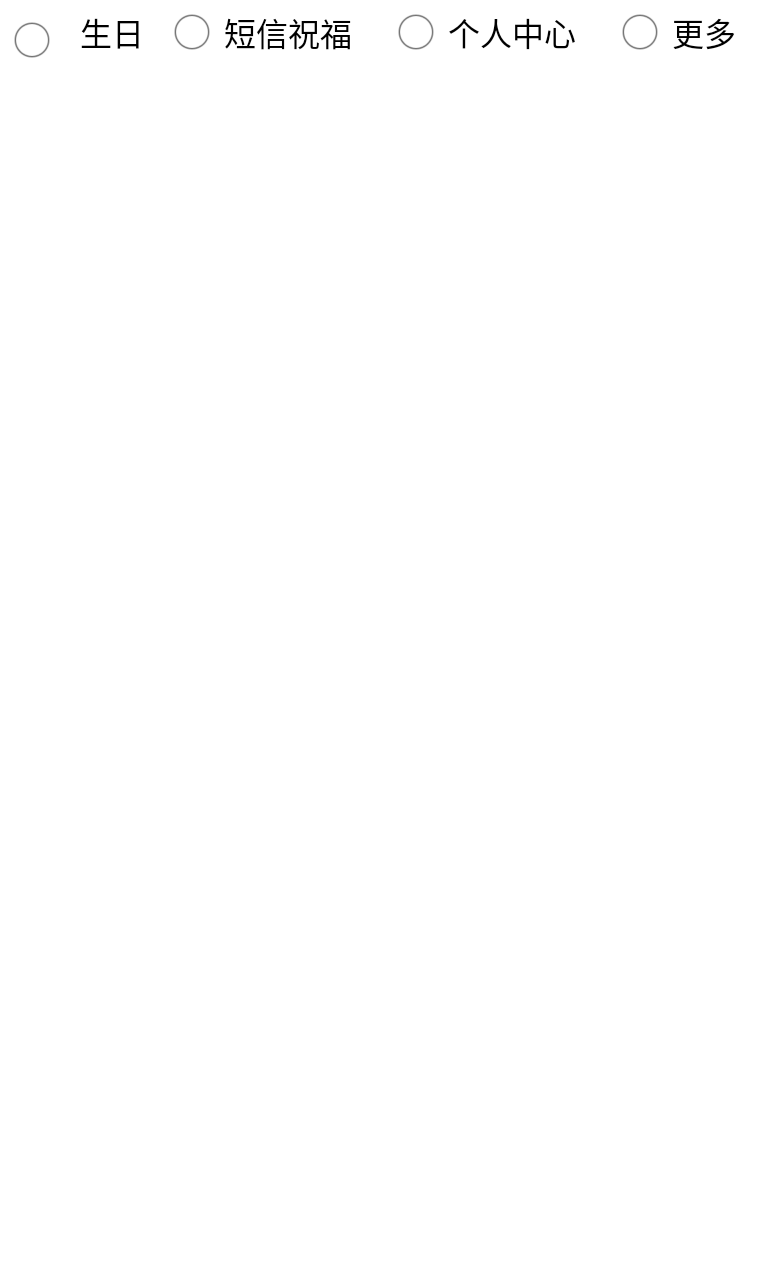
Repository: stone-jin/birthday
Layout: 1/res/layout/mainactivity_tabs.xml
The author's editor kept a copy of each file at every save. The layout is drawn from the files as they stood at one save, then again after the next save.
It is drawn on a 768 x 1280 px phone screen (xhdpi) without system bars, with theme AppTheme; the app's code is not run.

Above is the layout before, as saved 2014-04-22 15:06:59.

### 1/res/layout/mainactivity_tabs.xml
<?xml version="1.0" encoding="utf-8"?>
<LinearLayout xmlns:android="http://schemas.android.com/apk/res/android"
    android:layout_width="match_parent"
    android:layout_height="wrap_content"
    android:orientation="horizontal"
    >

    <RadioGroup
        android:layout_width="fill_parent"
        android:layout_height="wrap_content"
        android:orientation="horizontal"
        >

        <RadioButton
            android:layout_width="wrap_content"
            android:layout_height="wrap_content"
            android:layout_weight="1"
            android:gravity="center_horizontal"
            android:text="生日"
            />

        <RadioButton
            android:layout_width="wrap_content"
            android:layout_height="wrap_content"
            android:layout_weight="1"
            android:text="短信祝福"
            />

        <RadioButton
            android:layout_width="wrap_content"
            android:layout_height="wrap_content"
            android:layout_weight="1"
            android:text="个人中心"
            />

        <RadioButton
            android:layout_width="wrap_content"
            android:layout_height="wrap_content"
            android:layout_weight="1"
            android:text="更多"
            />

    </RadioGroup>

</LinearLayout>

Loaded but not shown: 1/res/values/styles.xml (common file); 1/res/values-v11/styles.xml (common file); 1/res/values-v14/styles.xml (common file)

After the next save:
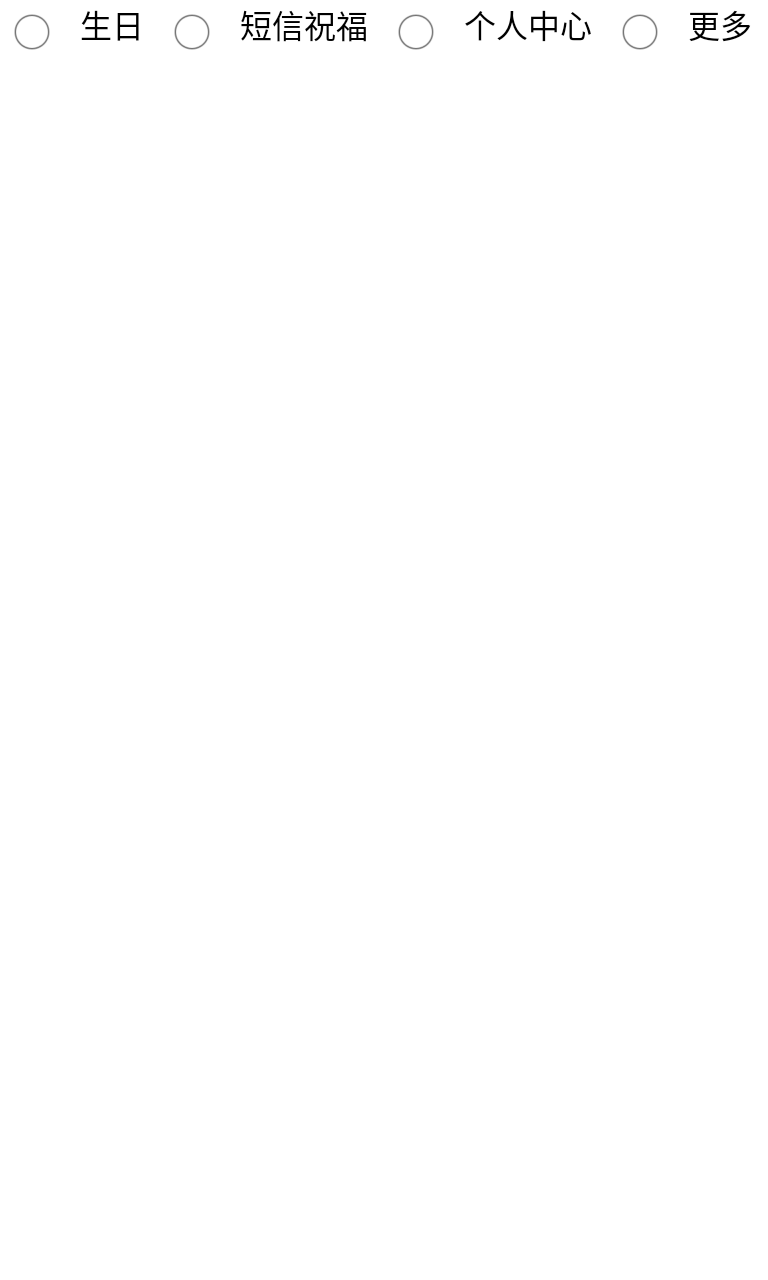
Saved 6 s later.
--- a/1/res/layout/mainactivity_tabs.xml
+++ b/1/res/layout/mainactivity_tabs.xml
@@ -23,6 +23,7 @@
             android:layout_width="wrap_content"
             android:layout_height="wrap_content"
             android:layout_weight="1"
+            android:gravity="center_horizontal"
             android:text="短信祝福"
             />
 
@@ -30,6 +31,7 @@
             android:layout_width="wrap_content"
             android:layout_height="wrap_content"
             android:layout_weight="1"
+            android:gravity="center_horizontal"
             android:text="个人中心"
             />
 
@@ -37,6 +39,7 @@
             android:layout_width="wrap_content"
             android:layout_height="wrap_content"
             android:layout_weight="1"
+            android:gravity="center_horizontal"
             android:text="更多"
             />
 
